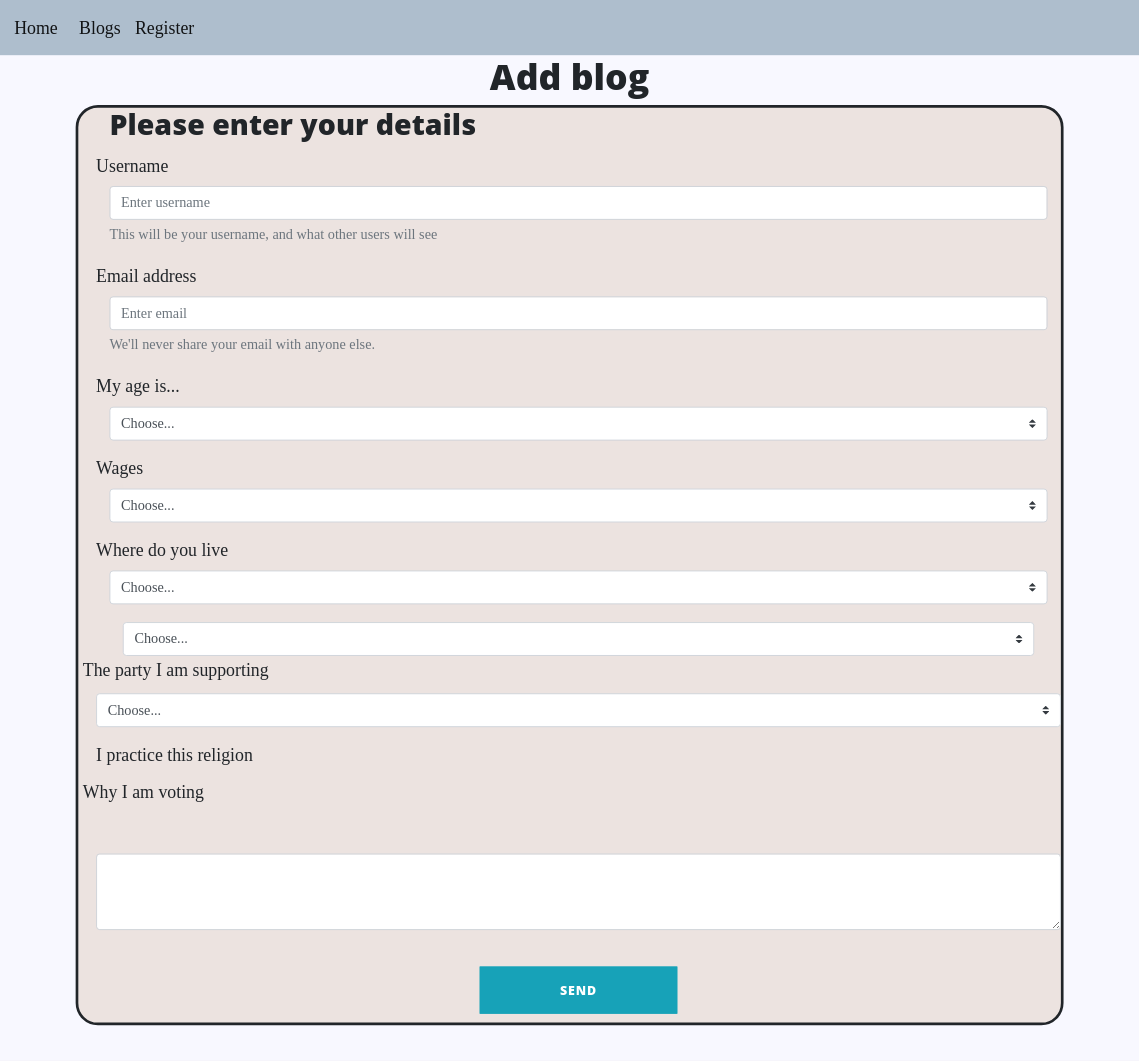
Repository: Rudancy/ms3
Page: templates/add_blog.html
The author's editor kept a record of every edit. The page is drawn from the files as they stood at one moment, then again after the next edit.
The browser window is 1280 px wide. The pictures show the whole page, at 89% of full size.
Some web libraries are served in a nearby version. The template is drawn by Flask 3. The application's start-up code is not run. Other server files are loaded and not shown. The template is opened directly, without the code that normally fills it, so the values that code supplies are empty.

Above is the page before.

### templates/add_blog.html
{% extends 'base.html' %} {% block content %}



<h1>Add blog</h1>

<div class="bd-datainput">
    <div class="container justify-content-center">
        <form action="{{ url_for('insert_blog') }}" method="POST">

            <div class="row mb-1">
                <div class="col-12">
                    <h2>Please enter your details</h2>
                </div>
            </div>
            <div class="row">
                <label for="exampleInputEmail1">Username</label>
            </div>


            <div class="form-row mb-1">
                <div class="col-12">
                    <div class="form-group">

                        <input name="user_name" type="text" class="form-control" id="exampleInputUsername" aria-describedby="username" placeholder="Enter username">
                        <small id="userhelp" class="form-text text-muted">This will be your username, and what other users will see</small>
                    </div>
                </div>
            </div>


            <div class="row">
                <label for="exampleInputEmail1">Email address</label>
            </div>
            <div class="form-row mb-1">
                <div class="col-12">
                    <div class="form-group">

                        <input type="email" name="user_email" class="form-control" id="exampleInputEmail1" aria-describedby="emailHelp" placeholder="Enter email">
                        <small id="emailHelp" class="form-text text-muted">We'll never share your email with anyone else.</small>
                    </div>
                </div>
            </div>


            <div class="row">
                <label for="exampleInputEmail1">My age is...</label>
            </div>
            <div class="form-row">
                <div class="col-12">
                    <div class="input-group mb-3">

                        <select name="user_age" class="custom-select" id="inputGroupSelect02">
                        <option selected>Choose...</option>
                        {% for age in ages %}
                        <option value="{{age.age}}">I am {{age.age}} years old</option>
                        {%endfor%}
                    </select>
                    </div>
                </div>
            </div>



            <div class="row">
                <label for="exampleInputEmail1">Wages</label>
            </div>
            <div class="form-row">
                <div class="col-12">
                    <div class="input-group mb-3">

                        <select name="user_wage" class="custom-select" id="inputGroupSelect02">
                        <option selected>Choose...</option>
                        {% for wage in wages %}
                        <option value="{{wage.wage}}">£{{wage.wage}}</option>
                        {%endfor%}
                    </select>
                    </div>
                </div>
            </div>




            <div class="row">
                <label for="exampleInputEmail1">Where do you live</label>
            </div>
            <div class="row mb-1">
                <div class="col-12">
                    <div class="input-group mb-3">



                        <select name="user_region" class="custom-select" id="inputGroupSelect01">

                        <option selected>Choose...</option>
                        {% for region in regions %}
                        <option value="{{region.region}}">{{region.region}}</option>
                        {%endfor%}
                    </select>
                    </div>
                </div>
            </div>
            <div class="col-12">
                <div class="input-group">


                    <select name="user_religion" class="custom-select" id="inputGroupSelect04">
                        <option selected>Choose...</option>
                        {% for religion in religions %}
                        <option value="{{religion.religion}}">{{religion.religion}}</option>
                        {% endfor %}
                    </select>
                </div>
            </div>
    </div>



    <div class="row mb-1">
        <label for="exampleInputEmail1">The party I am supporting</label>
    </div>

    <div class="row">
        <div class="col-12">
            <div class="input-group mb-3">
                <select name="user_party" class="custom-select" id="inputGroupSelect03">
                        <option selected>Choose...</option>
                        {% for political in parties %}
                        <option value="{{political.political}}">{{political.political}}</option>
                        {%endfor%}
                    </select>
            </div>
        </div>
    </div>

    <div class="row mb-1">
        <div class="col-4">
            <label for="exampleInputEmail1">I practice this religion</label>
        </div>
    </div>

    <div class="row mb-3">
        <label for="exampleInputEmail1">Why I am voting</label>
    </div>
    <div class="row">
        <div class="col-12">
            <div class="form-group">
                <label for="exampleFormControlTextarea1"></label>
                <textarea name="user_comment" class="form-control" id="exampleFormControlTextarea1" rows="3"></textarea>
            </div>
        </div>
    </div>
    <div class="row justify-centre">
        <button type="submit" class="btn btn-info btn-block">Send</button>
    </div>
</div>




</form>
</div>

</div>
{% endblock %}

### templates/base.html
<!DOCTYPE html>
<html lang="en">

<head>
    <meta charset="UTF-8">
    <meta name="viewport" content="width=device-width, initial-scale=1.0">
    <meta http-equiv="X-UA-Compatible" content="ie=edge">
    <title>Document</title>
    <link rel="stylesheet" href="https://cdnjs.cloudflare.com/ajax/libs/font-awesome/5.9.0/css/all.min.css" integrity="sha256-UzFD2WYH2U1dQpKDjjZK72VtPeWP50NoJjd26rnAdUI=" crossorigin="anonymous" />
    <link href="https://stackpath.bootstrapcdn.com/bootstrap/4.3.1/css/bootstrap.min.css" rel="stylesheet" integrity="sha384-ggOyR0iXCbMQv3Xipma34MD+dH/1fQ784/j6cY/iJTQUOhcWr7x9JvoRxT2MZw1T" crossorigin="anonymous">
    <link rel="stylesheet" href="{{url_for('static', filename='css/clean-blog.css')}}" type="text/css" />
    <link rel="stylesheet" href="{{url_for('static', filename='css/style.css')}}" type="text/css" />

</head>

<body>
    <header>
   <nav class="navbar navbar-expand-lg navbar-light bg-light">
  <a class="navbar-brand" href="{{url_for('home')}}">Home</a>
  <button class="navbar-toggler" type="button" data-toggle="collapse" data-target="#navbarSupportedContent" aria-controls="navbarSupportedContent" aria-expanded="false" aria-label="Toggle navigation">
    <span class="navbar-toggler-icon"></span>
  </button>

  <div class="collapse navbar-collapse" id="navbarSupportedContent">
    <ul class="navbar-nav mr-auto">
      <li class="nav-item active">
        <a class="nav-link" href="{{url_for('user_blogs')}}">Blogs <span class="sr-only">(current)</span></a>
      </li>
      <li class="nav-item active">
        <a class="nav-link" href="{{url_for('add_blog')}}">Register <span class="sr-only">(current)</span></a>
      </li>


    </ul>

  </div>
</nav>

    </header>



    <div class="container">
        {% block content %} {% endblock %}
    </div>
    <script href="https://code.jquery.com/jquery-3.3.1.slim.min.js" integrity="sha384-q8i/X+965DzO0rT7abK41JStQIAqVgRVzpbzo5smXKp4YfRvH+8abtTE1Pi6jizo" crossorigin="anonymous"></script>
    <script href="https://cdnjs.cloudflare.com/ajax/libs/popper.js/1.14.7/umd/popper.min.js" integrity="sha384-UO2eT0CpHqdSJQ6hJty5KVphtPhzWj9WO1clHTMGa3JDZwrnQq4sF86dIHNDz0W1" crossorigin="anonymous"></script>
    <script href="https://stackpath.bootstrapcdn.com/bootstrap/4.3.1/js/bootstrap.min.js" integrity="sha384-JjSmVgyd0p3pXB1rRibZUAYoIIy6OrQ6VrjIEaFf/nJGzIxFDsf4x0xIM+B07jRM" crossorigin="anonymous"></script>
    <script src="{{ url_for('static', filename='vendor/jquery/jquery.min.js') }}"></script>
    <script src="{{ url_for('static', filename='vendor/bootstrap/js/bootstrap.bundle.min.js') }}"></script>
</body>

</html>

### static/css/clean-blog.css
/*!
 * Start Bootstrap - Clean Blog v5.0.8 (https://startbootstrap.com/template-overviews/clean-blog)
 * Copyright 2013-2019 Start Bootstrap
 * Licensed under MIT (https://github.com/BlackrockDigital/startbootstrap-clean-blog/blob/master/LICENSE)
 */

body {
  font-size: 20px;
  color: #212529;
  font-family: 'Lora', 'Times New Roman', serif;
}

p {
  line-height: 1.5;
  margin: 30px 0;
}

p a {
  text-decoration: underline;
}

h1,
h2,
h3,
h4,
h5,
h6 {
  font-weight: 800;
  font-family: 'Open Sans', 'Helvetica Neue', Helvetica, Arial, sans-serif;
}

a {
  color: #212529;
  transition: all 0.2s;
}

a:focus, a:hover {
  color: #0085A1;
}

blockquote {
  font-style: italic;
  color: #868e96;
}

.section-heading {
  font-size: 36px;
  font-weight: 700;
  margin-top: 60px;
}

.caption {
  font-size: 14px;
  font-style: italic;
  display: block;
  margin: 0;
  padding: 10px;
  text-align: center;
  border-bottom-right-radius: 5px;
  border-bottom-left-radius: 5px;
}

::-moz-selection {
  color: #fff;
  background: #0085A1;
  text-shadow: none;
}

::selection {
  color: #fff;
  background: #0085A1;
  text-shadow: none;
}

img::-moz-selection {
  color: #fff;
  background: transparent;
}

img::selection {
  color: #fff;
  background: transparent;
}

img::-moz-selection {
  color: #fff;
  background: transparent;
}

#mainNav {
  position: absolute;
  border-bottom: 1px solid #e9ecef;
  background-color: white;
  font-family: 'Open Sans', 'Helvetica Neue', Helvetica, Arial, sans-serif;
}

#mainNav .navbar-brand {
  font-weight: 800;
  color: #343a40;
}

#mainNav .navbar-toggler {
  font-size: 12px;
  font-weight: 800;
  padding: 13px;
  text-transform: uppercase;
  color: #343a40;
}

#mainNav .navbar-nav > li.nav-item > a {
  font-size: 12px;
  font-weight: 800;
  letter-spacing: 1px;
  text-transform: uppercase;
}

@media only screen and (min-width: 992px) {
  #mainNav {
    border-bottom: 1px solid transparent;
    background: transparent;
  }
  #mainNav .navbar-brand {
    padding: 10px 20px;
    color: #fff;
  }
  #mainNav .navbar-brand:focus, #mainNav .navbar-brand:hover {
    color: rgba(255, 255, 255, 0.8);
  }
  #mainNav .navbar-nav > li.nav-item > a {
    padding: 10px 20px;
    color: #fff;
  }
  #mainNav .navbar-nav > li.nav-item > a:focus, #mainNav .navbar-nav > li.nav-item > a:hover {
    color: rgba(255, 255, 255, 0.8);
  }
}

@media only screen and (min-width: 992px) {
  #mainNav {
    transition: background-color 0.2s;
    /* Force Hardware Acceleration in WebKit */
    transform: translate3d(0, 0, 0);
    -webkit-backface-visibility: hidden;
  }
  #mainNav.is-fixed {
    /* when the user scrolls down, we hide the header right above the viewport */
    position: fixed;
    top: -67px;
    transition: transform 0.2s;
    border-bottom: 1px solid white;
    background-color: rgba(255, 255, 255, 0.9);
  }
  #mainNav.is-fixed .navbar-brand {
    color: #212529;
  }
  #mainNav.is-fixed .navbar-brand:focus, #mainNav.is-fixed .navbar-brand:hover {
    color: #0085A1;
  }
  #mainNav.is-fixed .navbar-nav > li.nav-item > a {
    color: #212529;
  }
  #mainNav.is-fixed .navbar-nav > li.nav-item > a:focus, #mainNav.is-fixed .navbar-nav > li.nav-item > a:hover {
    color: #0085A1;
  }
  #mainNav.is-visible {
    /* if the user changes the scrolling direction, we show the header */
    transform: translate3d(0, 100%, 0);
  }
}

header.masthead {
  margin-bottom: 50px;
  background: no-repeat center center;
  background-color: #868e96;
  background-attachment: scroll;
  position: relative;
  background-size: cover;
}

header.masthead .overlay {
  position: absolute;
  top: 0;
  left: 0;
  height: 100%;
  width: 100%;
  background-color: #212529;
  opacity: 0.5;
}

header.masthead .page-heading,
header.masthead .post-heading,
header.masthead .site-heading {
  padding: 200px 0 150px;
  color: white;
}

@media only screen and (min-width: 768px) {
  header.masthead .page-heading,
  header.masthead .post-heading,
  header.masthead .site-heading {
    padding: 200px 0;
  }
}

header.masthead .page-heading,
header.masthead .site-heading {
  text-align: center;
}

header.masthead .page-heading h1,
header.masthead .site-heading h1 {
  font-size: 50px;
  margin-top: 0;
}

header.masthead .page-heading .subheading,
header.masthead .site-heading .subheading {
  font-size: 24px;
  font-weight: 300;
  line-height: 1.1;
  display: block;
  margin: 10px 0 0;
  font-family: 'Open Sans', 'Helvetica Neue', Helvetica, Arial, sans-serif;
}

@media only screen and (min-width: 768px) {
  header.masthead .page-heading h1,
  header.masthead .site-heading h1 {
    font-size: 80px;
  }
}

header.masthead .post-heading h1 {
  font-size: 35px;
}

header.masthead .post-heading .meta,
header.masthead .post-heading .subheading {
  line-height: 1.1;
  display: block;
}

header.masthead .post-heading .subheading {
  font-size: 24px;
  font-weight: 600;
  margin: 10px 0 30px;
  font-family: 'Open Sans', 'Helvetica Neue', Helvetica, Arial, sans-serif;
}

header.masthead .post-heading .meta {
  font-size: 20px;
  font-weight: 300;
  font-style: italic;
  font-family: 'Lora', 'Times New Roman', serif;
}

header.masthead .post-heading .meta a {
  color: #fff;
}

@media only screen and (min-width: 768px) {
  header.masthead .post-heading h1 {
    font-size: 55px;
  }
  header.masthead .post-heading .subheading {
    font-size: 30px;
  }
}

.post-preview > a {
  color: #212529;
}

.post-preview > a:focus, .post-preview > a:hover {
  text-decoration: none;
  color: #0085A1;
}

.post-preview > a > .post-title {
  font-size: 30px;
  margin-top: 30px;
  margin-bottom: 10px;
}

.post-preview > a > .post-subtitle {
  font-weight: 300;
  margin: 0 0 10px;
}

.post-preview > .post-meta {
  font-size: 18px;
  font-style: italic;
  margin-top: 0;
  color: #868e96;
}

.post-preview > .post-meta > a {
  text-decoration: none;
  color: #212529;
}

.post-preview > .post-meta > a:focus, .post-preview > .post-meta > a:hover {
  text-decoration: underline;
  color: #0085A1;
}

@media only screen and (min-width: 768px) {
  .post-preview > a > .post-title {
    font-size: 36px;
  }
}

.floating-label-form-group {
  font-size: 14px;
  position: relative;
  margin-bottom: 0;
  padding-bottom: 0.5em;
  border-bottom: 1px solid #dee2e6;
}

.floating-label-form-group input,
.floating-label-form-group textarea {
  font-size: 1.5em;
  position: relative;
  z-index: 1;
  padding: 0;
  resize: none;
  border: none;
  border-radius: 0;
  background: none;
  box-shadow: none !important;
  font-family: 'Lora', 'Times New Roman', serif;
}

.floating-label-form-group input::-webkit-input-placeholder,
.floating-label-form-group textarea::-webkit-input-placeholder {
  color: #868e96;
  font-family: 'Lora', 'Times New Roman', serif;
}

.floating-label-form-group label {
  font-size: 0.85em;
  line-height: 1.764705882em;
  position: relative;
  z-index: 0;
  top: 2em;
  display: block;
  margin: 0;
  transition: top 0.3s ease, opacity 0.3s ease;
  vertical-align: middle;
  vertical-align: baseline;
  opacity: 0;
}

.floating-label-form-group .help-block {
  margin: 15px 0;
}

.floating-label-form-group-with-value label {
  top: 0;
  opacity: 1;
}

.floating-label-form-group-with-focus label {
  color: #0085A1;
}

form .form-group:first-child .floating-label-form-group {
  border-top: 1px solid #dee2e6;
}

footer {
  padding: 50px 0 65px;
}

footer .list-inline {
  margin: 0;
  padding: 0;
}

footer .copyright {
  font-size: 14px;
  margin-bottom: 0;
  text-align: center;
}

.btn {
  font-size: 14px;
  font-weight: 800;
  padding: 15px 25px;
  letter-spacing: 1px;
  text-transform: uppercase;
  border-radius: 0;
  font-family: 'Open Sans', 'Helvetica Neue', Helvetica, Arial, sans-serif;
}

.btn-primary {
  background-color: #0085A1;
  border-color: #0085A1;
}

.btn-primary:hover, .btn-primary:focus, .btn-primary:active {
  color: #fff;
  background-color: #00657b !important;
  border-color: #00657b !important;
}

.btn-lg {
  font-size: 16px;
  padding: 25px 35px;
}

### static/css/style.css
@import url('https://fonts.googleapis.com/css?family=Roboto&display=swap');

.main-home {
    background-color: #ece3e0;
    padding: 40px;
    border-radius: 28px;
    margin-bottom: 55px;
}


p {
    font-family: 'Roboto', sans-serif;
    font-weight: 500;
}




.user-borders {
    border-style: solid;
}

.options {
    background-color: red;
    font-size: inherit;
}

.bd-datainput {
    background-color: #ece3e0;
    border-style: solid;
    padding-left: 20px;
    border-radius: 25px;
    margin-bottom: 40px;



}

.data-input-header {
    padding-right: 10px;

}

/*-------------------------------------------thumbnail styling--------------------*/

.thumbnail {
    display: block;
    padding: 4px;
    margin-bottom: 20px;
    line-height: 1.42857143;
    background-color: transparent;
    border: 1px solid transparent;
    border-radius: 4px;
    -webkit-transition: border .2s ease-in-out;
    -o-transition: border .2s ease-in-out;
    transition: border .2s ease-in-out;
    text-align: center;

}


thumbnail img {
    text-align: center;
    filter: grayscale(100%);
    transition: transform 2s;
}

.thumbnail img:hover {
    filter: grayscale(0);

    border-color: #f07f03;
}

/*-------------------------------------thumbnail party pics----------------------*/

#conservative-pic,
#SNP-pic,
#labour-pic,
#brexit-pic,
#dup-pic,
#green-pic,
#lib-pic,
#plaid-pic {
    display: inline-block;
    width: 200px;
    height: 200px;
    padding: 4px;
    line-height: 1.42857143;
    background-color: transparent;
    border: 5px solid #797575;
    border-radius: 70px;
    -webkit-transition: all .2s ease-in-out;
    -o-transition: all .2s ease-in-out;
    transition: all .2s ease-in-out;
}

hr {
    display: block;
    position: relative;
    padding: 0;
    margin: 8px auto;
    height: 0;
    width: 80%;
    max-height: 0;
    font-size: 1px;
    line-height: 0;
    clear: both;
    border: none;
    border-top: 1px solid #aaaaaa;
    border-bottom: 1px solid #ffffff;
    margin-bottom: 45px;
}

.btn-block-home {
    display: block;
    width: 48%;
    margin-bottom: 10px;
    margin-top: 25px;
    margin-left: auto;
    margin-right: auto;
}



.main-heading {
    margin-bottom: 25px;
    text-align: center;
    margin-bottom: 30px;
}

.sub-heading-logo {
    margin-bottom: 25px;
}


.hr-style {
    margin-top: 45px;
}



.main-text {
    text-align: center;
}


.output-info {
    margin-left: 30px;

}

.output-info-name {
    padding-top: 12px;
    margin-left: 30px;
}



.blog-output {
    background-color: #ece3e0;
    border-radius: 25px;
    width: 60%;
    border: solid;
    border-color: slategray;
    border-style: double;
}

h3,
h1 {
    text-align: center;
}


#main-header {
    text-align: center;
    margin-top: 40px;
    margin-bottom: 40px;
}


.modal-heading {}

.modal-content p {}


body {
    margin-bottom: 20px;
    background-color: ghostwhite;
}


.bottom-button {
    margin-bottom: 50px;
}

.btn-warning {
    color: #212529;
    background-color: #f7ec90;
    border-color: #ffc107;
}

.btn-block {
    display: block;
    width: 20%;
    margin-bottom: 10px;
    margin-top: 25px;
    margin-left: auto;
    margin-right: auto;
}


.blog-title {
    margin-bottom: 50px;
    margin-top: 50px;
}


.bg-light {
    background-color: #aebecd!important;
}


btn-block-home {
    display: block;
    width: 48%;
    margin-bottom: 10px;
    margin-top: 25px;
    margin-left: auto;
    margin-right: auto;
}


.blog-bg{
     background: url(../images/barad-dur.jpg) no-repeat center center fixed;
    -webkit-background-size: cover;
    -moz-background-size: cover;
    -o-background-size: cover;
    background-size: cover;
    z-index: 1000;
    padding-bottom: 30px;
    width: 100vw;
    min-height: 100vh;

}

After the next edit:
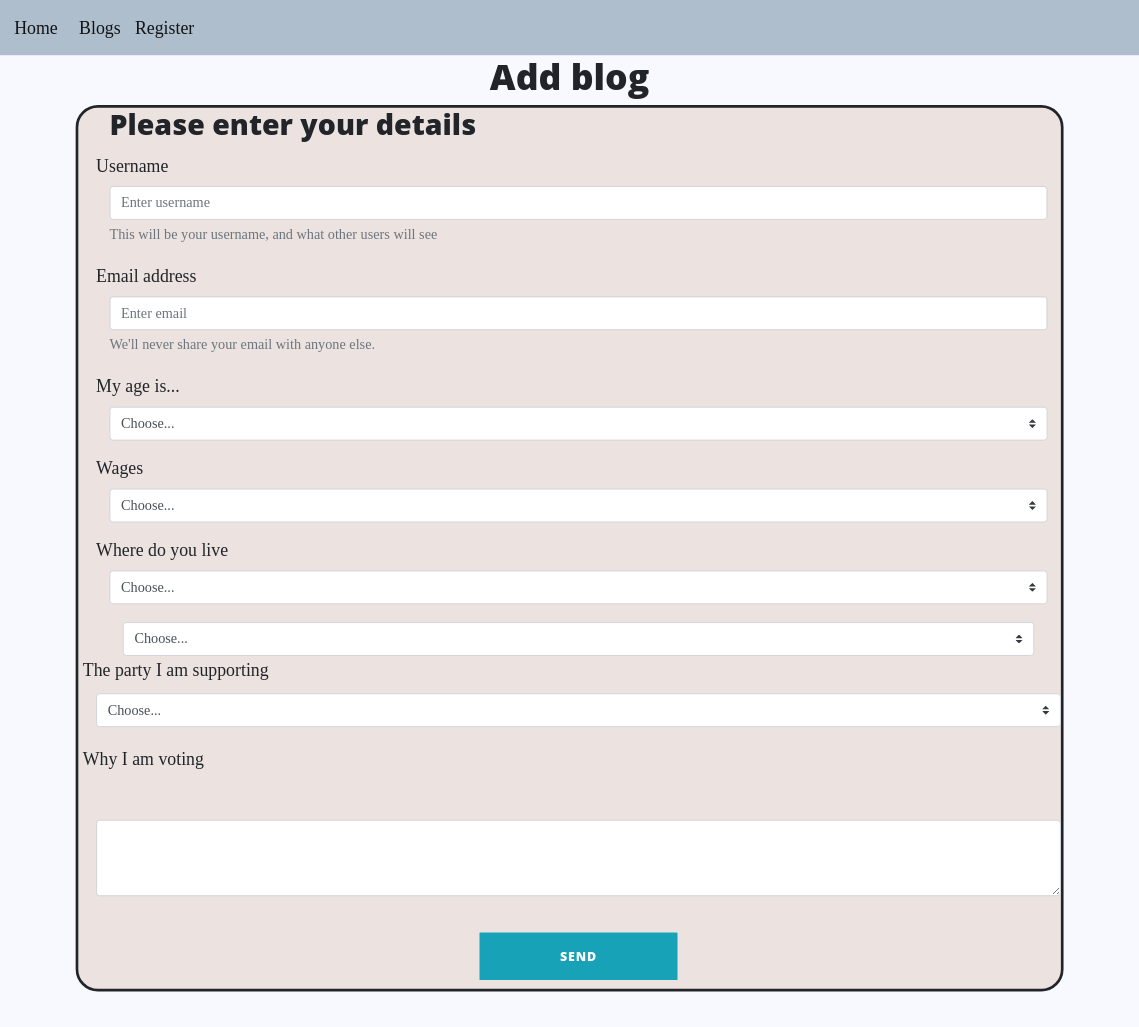
The edit:
--- a/templates/add_blog.html
+++ b/templates/add_blog.html
@@ -135,9 +135,7 @@
     </div>
 
     <div class="row mb-1">
-        <div class="col-4">
-            <label for="exampleInputEmail1">I practice this religion</label>
-        </div>
+
     </div>
 
     <div class="row mb-3">
